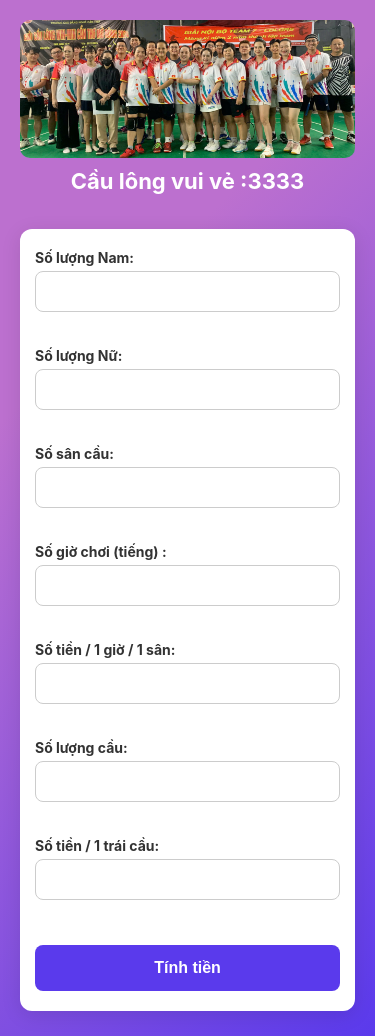
Repository: LuongPTCE181311/Badminton
Page: index.html
These files come from the project's save history. The page is drawn as it stood at one moment and after the next save; the edit follows.
The browser window is 375 px wide. The pictures show the whole page.

Above is the page before, as saved 2025-12-08 00:48:30.

After the next save:
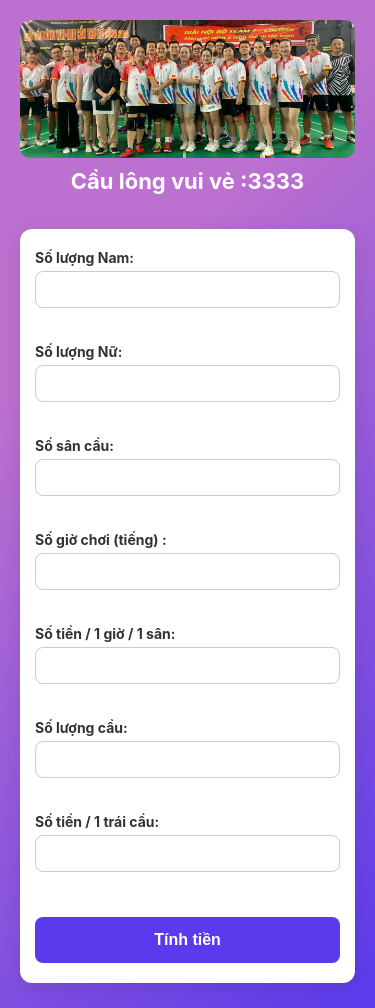
Saved 27 s later.
--- a/assets/css/style.css
+++ b/assets/css/style.css
@@ -245,7 +245,7 @@
 
   input {
     width: 100%;
-    padding: 12px;
+    padding: 10px;
     background: rgba(255, 255, 255, 0.6) !important;
     border-radius: 8px;
     border: 1px solid #ccc;
